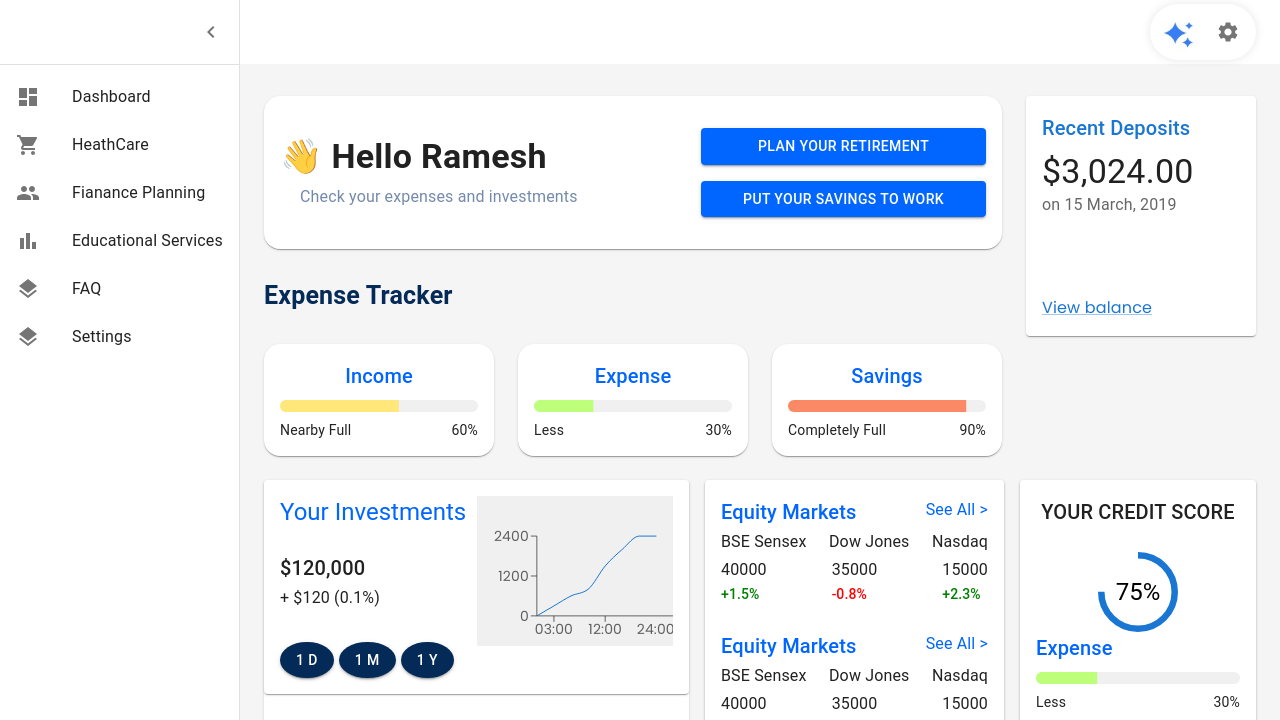
Repository: shubhampirate/TIAA_Retirement_hackathon
Page: /
These files come from the project's save history. The page is drawn as it stood at one moment and after the next save; the edit follows.
The browser window is 1280 px wide. The pictures show the whole page.
An inner scrolling area shows only its first screen. The project was rebuilt for these pictures with package versions that can differ from the ones it lists, and the page was loaded fresh each time. Also part of the build but not shown: src/Components/CustomButton.jsx, src/Components/Navbar.jsx, src/Components/Properties.jsx, src/Components/Footer.jsx, src/Components/Hero.jsx, src/pages/Sign_In.jsx.

Above is the page before, as saved 2023-11-15 13:14:26.

### src/index.css
@import url("https://fonts.googleapis.com/css2?family=Poppins:wght@400;500;700&display=swap");

* {
  margin: 0;
  padding: 0;
  box-sizing: border-box;
  font-family: "Poppins", sans-serif;
}

body {
  margin: 0;
  -webkit-font-smoothing: antialiased;
  -moz-osx-font-smoothing: grayscale;
}

code {
  font-family: source-code-pro, Menlo, Monaco, Consolas, "Courier New",
    monospace;
}

### src/App.jsx
import Hero from "./Components/Hero";
import SignIn from "./pages/Sign_In";
import Dashboard from "./Components/Dashboard";

function App() {
  return (
    <>
      {/* <Hero /> */}
      {/* <SignIn/> */}
      <Dashboard />
    </>
  );
}

export default App;

### src/Components/Dashboard.jsx
import * as React from 'react';
import { styled, createTheme, ThemeProvider } from '@mui/material/styles';
import CssBaseline from '@mui/material/CssBaseline';
import MuiDrawer from '@mui/material/Drawer';
import Box from '@mui/material/Box';
import MuiAppBar from '@mui/material/AppBar';
import Toolbar from '@mui/material/Toolbar';
import List from '@mui/material/List';
import Typography from '@mui/material/Typography';
import Divider from '@mui/material/Divider';
import IconButton from '@mui/material/IconButton';
// import Badge from '@mui/material/Badge';
import Container from '@mui/material/Container';
import Grid from '@mui/material/Grid';
import Paper from '@mui/material/Paper';
// import Link from '@mui/material/Link';
import MenuIcon from '@mui/icons-material/Menu';
import ChevronLeftIcon from '@mui/icons-material/ChevronLeft';
// import NotificationsIcon from '@mui/icons-material/Notifications';
import SettingsIcon from '@mui/icons-material/Settings';
import { mainListItems } from './listItems';
// import Chart from './Chart';
import Deposits from './Deposits';

import heroImg_3 from "../media/img_3.jpeg";
import Button from '@mui/material/Button';
import LinearProgress from '@mui/material/LinearProgress';
import YourComponent from './YourComponent';

  const Title = styled(Typography)(({ theme }) => ({
    fontSize: "25px",
    color: "#042A57",
    fontWeight: "bold",
    textAlign: "left",
    margin: theme.spacing(4, 0, 4, 0),
    [theme.breakpoints.down("sm")]: {
      fontSize: "30px",
    },
  }));
const drawerWidth = 240;

const AppBar = styled(MuiAppBar, {
  shouldForwardProp: (prop) => prop !== 'open',
})(({ theme, open }) => ({
  zIndex: theme.zIndex.drawer + 1,
  transition: theme.transitions.create(['width', 'margin'], {
    easing: theme.transitions.easing.sharp,
    duration: theme.transitions.duration.leavingScreen,
  }),
  ...(open && {
    marginLeft: drawerWidth,
    width: `calc(100% - ${drawerWidth}px)`,
    transition: theme.transitions.create(['width', 'margin'], {
      easing: theme.transitions.easing.sharp,
      duration: theme.transitions.duration.enteringScreen,
    }),
  }),
}));


const ProgressBarBox = ({ title, value }) => {
    let indicatorText = '';
    let color = '';

    if (value <= 30) {
      indicatorText = 'Less';
      color = '#BDFF7B';
    } else if (value <= 70) {
      indicatorText = 'Nearby Full';
      color = '#FFE779';
    } else {
      indicatorText = 'Completely Full';
      color = '#FC8965';
    }

    return (
      <Grid item xs={12} sm={6} md={4}>
        <Paper
          sx={{
            p: 2,
            display: 'flex',
            flexDirection: 'column',
            alignItems: 'center',
            borderRadius: '16px',
          }}
        >
          <Typography variant="h6" sx={{ mb: 1, color: "#0066FF" }}>
            {title}
          </Typography>
          <LinearProgress
          variant="determinate"
          value={value}
          sx={{
            width: '100%',
            height: '12px',
            borderRadius: '8px',
            backgroundColor: '#f0f0f0',
            marginBottom: '8px',
            '& .MuiLinearProgress-bar': {
              backgroundColor: color,
            },
          }}
        />

          <Box
          sx={{
            display: 'flex',
            justifyContent: 'space-between',
            width: '100%',

          }}
        >
          <Typography variant="body2">{indicatorText}</Typography>
          <Typography variant="body2">{value}%</Typography>
        </Box>
        </Paper>
      </Grid>
    );
  };
const Drawer = styled(MuiDrawer, { shouldForwardProp: (prop) => prop !== 'open' })(
  ({ theme, open }) => ({
    '& .MuiDrawer-paper': {
      position: 'relative',
      whiteSpace: 'nowrap',
      width: drawerWidth,
      transition: theme.transitions.create('width', {
        easing: theme.transitions.easing.sharp,
        duration: theme.transitions.duration.enteringScreen,
      }),
      boxSizing: 'border-box',
      ...(!open && {
        overflowX: 'hidden',
        transition: theme.transitions.create('width', {
          easing: theme.transitions.easing.sharp,
          duration: theme.transitions.duration.leavingScreen,
        }),
        width: theme.spacing(7),
        [theme.breakpoints.up('sm')]: {
          width: theme.spacing(9),
        },
      }),
    },
  }),
);

// TODO remove, this demo shouldn't need to reset the theme.
const defaultTheme = createTheme();

export default function Dashboard() {
  const [open, setOpen] = React.useState(true);
  const toggleDrawer = () => {
    setOpen(!open);
  };

  return (
    <ThemeProvider theme={defaultTheme}>
      <Box sx={{ display: 'flex' }}>
        <CssBaseline />
        <AppBar position="absolute" open={open} sx={{ backgroundColor: "#fff", boxShadow: 'none' }}>
  <Toolbar
    sx={{
      pr: '24px', // keep right padding when drawer closed
      display: 'flex',
      alignItems: 'center',
      justifyContent: 'space-between',
    }}
  >
    <Box sx={{ display: 'flex', alignItems: 'center' }}>
      <IconButton
        edge="start"
        aria-label="open drawer"
        onClick={toggleDrawer}
        sx={{
          marginRight: '36px',
          ...(open && { display: 'none' }),
        }}
      >
        <MenuIcon />
      </IconButton>

    </Box>

    <Box sx={{ display: 'flex', alignItems: 'center', boxShadow: '0px 0px 10px rgba(0, 0, 0, 0.1)', borderRadius: '40px', padding: '8px' }}>
  {/* User profile image */}
  <img
    src={heroImg_3}
    alt="User Profile"
    style={{ borderRadius: '50%', width: '40px', height: '40px', marginRight: '10px' }}
  />

  {/* Settings button */}
  <IconButton >

    <SettingsIcon />
  </IconButton>
</Box>
  </Toolbar>
</AppBar>

        <Drawer variant="permanent" open={open}>
          <Toolbar
            sx={{
              display: 'flex',
              alignItems: 'center',
              justifyContent: 'flex-end',
              px: [1],
            }}
          >
            <IconButton onClick={toggleDrawer}>
              <ChevronLeftIcon />
            </IconButton>
          </Toolbar>
          <Divider />
          <List component="nav">
            {mainListItems}
            {/* <Divider sx={{ my: 1 }} /> */}
            {/* {secondaryListItems} */}
          </List>
        </Drawer>
        <Box
          component="main"
          sx={{
            backgroundColor: (theme) =>
              theme.palette.mode === 'light'
                ? theme.palette.grey[100]
                : theme.palette.grey[900],
            flexGrow: 1,
            height: '100vh',
            overflow: 'auto',
          }}
        >
          <Toolbar />
          <Container maxWidth="lg" sx={{ mt: 4, mb: 4 }}>
            <Grid container spacing={3}>

            <Grid item xs={12} md={8} lg={9}>
  <Paper
    sx={{
      p: 2,
      display: 'flex',
      flexDirection: 'column',
      alignItems: 'center',
      borderRadius: '16px', // Adjust the value as needed for more or less curvature
    }}
  >
    {/* Left side content */}
    <Grid container spacing={2} alignItems="center">
      <Grid item xs={12} md={7 }>
        <Typography variant="h4" sx={{ mb: 1, fontWeight: 'bold'}}>
        👋  Hello Ramesh
        </Typography>
        <Typography variant="body1" sx={{color:"#748AAB", paddingLeft:"20px"}}>
          Check your expenses and investments
        </Typography>
      </Grid>

      {/* Right side content */}
      <Grid item xs={12} md={5} sx={{ display: 'flex', flexDirection: 'column', alignItems: 'center' }}>
        <Button variant="contained"  sx={{ width: '100%', backgroundColor: '#0066FF', color: '#fff', mb: { xs: 1, md: 2 } ,mt:{xs:0, md:2}  }}>
        Plan your retirement
        </Button>
        <Button variant="contained"  sx={{ width: '100%', backgroundColor: '#0066FF', color: '#fff', mb:{xs:1, md:2} }}>
        Put your savings to work
        </Button>
      </Grid>
    </Grid>
  </Paper>
  <Title variant="h4" sx={{color: "#042A57"}}>
             Expense Tracker
            </Title>
            <Grid container spacing={3}>
      <ProgressBarBox title="Income" value={60} />
      <ProgressBarBox title="Expense" value={30} />
      <ProgressBarBox title="Savings" value={90} />
    </Grid>
</Grid>


               {/* Recent Deposits */}
              <Grid item xs={12} md={4} lg={3}>
                <Paper
                  sx={{
                    p: 2,
                    display: 'flex',
                    flexDirection: 'column',
                    height: 240,
                  }}
                >
                  <Deposits />
                </Paper>
              </Grid>
              {/* Recent Orders */}
              <Grid item xs={12}>
                {/* <Paper sx={{ p: 2, display: 'flex', flexDirection: 'column' }}> */}
                  <YourComponent />
                {/* </Paper> */}
              </Grid>
            </Grid>

          </Container>
        </Box>
      </Box>
    </ThemeProvider>
  );
}

### src/Components/listItems.jsx
import * as React from 'react';
import ListItemButton from '@mui/material/ListItemButton';
import ListItemIcon from '@mui/material/ListItemIcon';
import ListItemText from '@mui/material/ListItemText';
import ListSubheader from '@mui/material/ListSubheader';
import DashboardIcon from '@mui/icons-material/Dashboard';
import ShoppingCartIcon from '@mui/icons-material/ShoppingCart';
import PeopleIcon from '@mui/icons-material/People';
import BarChartIcon from '@mui/icons-material/BarChart';
import LayersIcon from '@mui/icons-material/Layers';
import AssignmentIcon from '@mui/icons-material/Assignment';

export const mainListItems = (
  <React.Fragment>
    <ListItemButton>
      <ListItemIcon>
        <DashboardIcon />
      </ListItemIcon>
      <ListItemText primary="Dashboard" />
    </ListItemButton>
    <ListItemButton>
      <ListItemIcon>
        <ShoppingCartIcon />
      </ListItemIcon>
      <ListItemText primary="HeathCare" />
    </ListItemButton>
    <ListItemButton>
      <ListItemIcon>
        <PeopleIcon />
      </ListItemIcon>
      <ListItemText primary="Fianance Planning" />
    </ListItemButton>
    <ListItemButton>
      <ListItemIcon>
        <BarChartIcon />
      </ListItemIcon>
      <ListItemText primary="Educational Services" />
    </ListItemButton>
    <ListItemButton>
      <ListItemIcon>
        <LayersIcon />
      </ListItemIcon>
      <ListItemText primary="FAQ" />
    </ListItemButton>
    <ListItemButton>
      <ListItemIcon>
        <LayersIcon />
      </ListItemIcon>
      <ListItemText primary="Settings" />
    </ListItemButton>
  </React.Fragment>
);

// export const secondaryListItems = (
//   <React.Fragment>
//     <ListSubheader component="div" inset>
//       Saved reports
//     </ListSubheader>
//     <ListItemButton>
//       <ListItemIcon>
//         <AssignmentIcon />
//       </ListItemIcon>
//       <ListItemText primary="Current month" />
//     </ListItemButton>
//     <ListItemButton>
//       <ListItemIcon>
//         <AssignmentIcon />
//       </ListItemIcon>
//       <ListItemText primary="Last quarter" />
//     </ListItemButton>
//     <ListItemButton>
//       <ListItemIcon>
//         <AssignmentIcon />
//       </ListItemIcon>
//       <ListItemText primary="Year-end sale" />
//     </ListItemButton>
//   </React.Fragment>
// );

### src/Components/YourComponent.jsx
import React from 'react';
import { Box,Grid, Paper, Typography, CircularProgress, LinearProgress, Button } from '@mui/material';
import Chart from './Chart';
// import ArrowForwardIcon from '@mui/icons-material/ArrowForward';



const InvestmentsBox = () => (
  <Paper sx={{ p: 2, display: 'flex', flexDirection: 'column', alignItems: 'center' }}>
    <div style={{ display: 'flex', justifyContent: 'space-between', width: '100%' }}>
      <div style={{ textAlign: 'left' }}>
        <Typography variant="h5" sx={{color: '#0066FF' }}>Your Investments</Typography>
        <Typography variant="h6" sx={{mt:3}}>$120,000</Typography>
        <Typography variant="subtitle1">+ $120 (0.1%)</Typography>
        {/* Options to choose from */}
        <div style={{ display: 'flex', marginTop: '30px' }}>
          <Button
            variant="contained"
            style={{
              backgroundColor: '#042A57',
              color: '#FFF',
              borderRadius: '70%',
              minWidth: 'unset',
              marginRight: '5px',
            }}
          >
            1 D
          </Button>
          <Button
            variant="contained"
            style={{
              backgroundColor: '#042A57',
              color: '#FFF',
              borderRadius: '50%',
              minWidth: 'unset',
              marginRight: '5px',
            }}
          >
            1 M
          </Button>
          <Button
            variant="contained"
            style={{
              backgroundColor: '#042A57',
              color: '#FFF',
              borderRadius: '50%',
              minWidth: 'unset',
            }}
          >
            1 Y
          </Button>
        </div>
      </div>
      {/* Chart (replace with your actual chart component) */}
      <div style={{ width: '50%', height: '150px', backgroundColor: '#f0f0f0' }}>
        {/* Replace this div with your actual chart component */}
        <div style={{ width: '100%', height: '100%', display: 'flex', justifyContent: 'center', alignItems: 'center' }}>
          <Chart />
        </div>
      </div>
    </div>
  </Paper>
);


const EquityMarketsBox = () => {
  // Mock data for market values
  const marketData = [
    { name: 'BSE Sensex', currentPrice: 40000, increasePercentage: 1.5 },
    { name: 'Dow Jones', currentPrice: 35000, increasePercentage: -0.8 },
    { name: 'Nasdaq', currentPrice: 15000, increasePercentage: 2.3 },
  ];

  return (
    <Paper sx={{ p: 2, display: 'flex', flexDirection: 'column' }}>
  <Typography variant="h6" style={{ display: 'flex', justifyContent: 'space-between', color: '#0066FF' }}>
        Equity Markets
        <Typography variant="subtitle1" style={{ cursor: 'pointer' }}>
          See All &gt;
        </Typography>
      </Typography>
    {/* Display market names in the first line */}
    <div style={{ display: 'flex', justifyContent: 'space-between' }}>
      {marketData.map((market) => (
        <Typography key={market.name} variant="subtitle1">{market.name}</Typography>
      ))}
    </div>
    {/* Display market values in the second line */}
    <div style={{ display: 'flex', justifyContent: 'space-between' }}>
      {marketData.map((market) => (
        <div key={market.name}>
          <Typography variant="subtitle1">{market.currentPrice}</Typography>
          <Typography variant="subtitle2" style={{ color: market.increasePercentage >= 0 ? 'green' : 'red' }}>
            {market.increasePercentage >= 0 ? '+' : ''}{market.increasePercentage}%
          </Typography>
        </div>
      ))}
    </div>
 <br />
  <Typography variant="h6" style={{ display: 'flex', justifyContent: 'space-between', color: '#0066FF' }}>
        Equity Markets
        <Typography variant="subtitle1" style={{ cursor: 'pointer' }}>
          See All &gt;
        </Typography>
      </Typography>
    {/* Display market names in the first line */}
    <div style={{ display: 'flex', justifyContent: 'space-between' }}>
      {marketData.map((market) => (
        <Typography key={market.name} variant="subtitle1">{market.name}</Typography>
      ))}
    </div>
    {/* Display market values in the second line */}
    <div style={{ display: 'flex', justifyContent: 'space-between' }}>
      {marketData.map((market) => (
        <div key={market.name}>
          <Typography variant="subtitle1">{market.currentPrice}</Typography>
          <Typography variant="subtitle2" style={{ color: market.increasePercentage >= 0 ? 'green' : 'red' }}>
            {market.increasePercentage >= 0 ? '+' : ''}{market.increasePercentage}%
          </Typography>
        </div>
      ))}
    </div>

  </Paper>
);
};



// Component for the third box
  // Component for the first box
const ProgressBarBox = ({ title, value }) => {
    let indicatorText = '';
    let color = '';

    if (value <= 30) {
      indicatorText = 'Less';
      color = '#BDFF7B';
    } else if (value <= 70) {
      indicatorText = 'Nearby Full';
      color = '#FFE779';
    } else {
      indicatorText = 'Completely Full';
      color = '#FC8965';
    }

    return (
      <Grid container>
        <Typography variant="h6" sx={{ mb: 1, color: "#0066FF" }}>
          {title}
        </Typography>
        <LinearProgress
          variant="determinate"
          value={value}
          sx={{
            width: '100%',
            height: '12px',
            borderRadius: '8px',
            backgroundColor: '#f0f0f0',
            marginBottom: '8px',
            '& .MuiLinearProgress-bar': {
              backgroundColor: color,
            },
          }}
        />
        <Box
          sx={{
            display: 'flex',
            justifyContent: 'space-between',
            width: '100%',
          }}
        >
          <Typography variant="body2">{indicatorText}</Typography>
          <Typography variant="body2">{value}%</Typography>
        </Box>
      </Grid>
    );
  };

  // Component for the third box
  const CreditScoreBox = () => (
    <Paper sx={{ p: 2, display: 'flex', flexDirection: 'column', alignItems: 'center', position: 'relative' }}>
      <Typography variant="h6">YOUR CREDIT SCORE</Typography>
      <br />
      {/* Circular Progress Bar */}
      <div style={{ position: 'relative', width: '80px', height: '80px' }}>
        <CircularProgress variant="determinate" value={75} size={80} />
        {/* Display the percentage in the center of the circular progress bar */}
        <Typography
          variant="h5"
          style={{
            position: 'absolute',
            top: '50%',
            left: '50%',
            transform: 'translate(-50%, -50%)',
            color: '#000', // Adjust text color as needed
          }}
        >
          75%
        </Typography>
      </div>
      {/* Include ProgressBarBox with the entire width */}
      <ProgressBarBox title="Expense" value={30} />
    </Paper>
  );

// Main component
const YourComponent = () => (
  <Grid container spacing={2} >
  <Grid item xs={12} md={9}>
    <Grid container spacing={2} style={{ height: '100%' }}>
      <Grid item xs={12} md={8} lg={7}>
        <Paper sx={{ minHeight: '100%' }}>
          <InvestmentsBox />
        </Paper>
      </Grid>
      <Grid item xs={12} md={4} lg={5}>
        <Paper sx={{ minHeight: '100%' }}>
          <EquityMarketsBox />
        </Paper>
      </Grid>
    </Grid>
  </Grid>
  <Grid item xs={12} md={3}>
    <Paper sx={{ minHeight: '100%' }}>
      <CreditScoreBox />
    </Paper>
  </Grid>
</Grid>
);

export default YourComponent;

### src/Components/Chart.jsx
import * as React from 'react';
import { useTheme } from '@mui/material/styles';
import { LineChart, Line, XAxis, YAxis, Label, ResponsiveContainer } from 'recharts';
import Title from './Title';

// Generate Sales Data
function createData(time, amount) {
  return { time, amount };
}

const data = [
  createData('00:00', 0),
  createData('03:00', 300),
  createData('06:00', 600),
  createData('09:00', 800),
  createData('12:00', 1500),
  createData('15:00', 2000),
  createData('18:00', 2400),
  createData('21:00', 2400),
  createData('24:00', undefined),
];

export default function Chart() {
  const theme = useTheme();

  return (
    <React.Fragment>
      {/* <Title>Today</Title> */}
      <ResponsiveContainer>
        <LineChart
          data={data}
          margin={{
            top: 40,
            right: 0,
            bottom: 0,
            left: 0,
          }}
          backgroundColor="white"

        >
          <XAxis
            dataKey="time"
            stroke={theme.palette.text.secondary}
            style={theme.typography.body2}
          />
          <YAxis
            stroke={theme.palette.text.secondary}
            style={theme.typography.body2}
          >
            {/* <Label
              angle={270}
              position="left"
              style={{
                textAnchor: 'middle',
                fill: theme.palette.text.primary,
                ...theme.typography.body1,
              }}
            >
              Sales ($)
            </Label> */}
          </YAxis>
          <Line
            isAnimationActive={false}
            type="monotone"
            dataKey="amount"
            stroke={theme.palette.primary.main}
            dot={false}
          />
        </LineChart>
      </ResponsiveContainer>
    </React.Fragment>
  );
}

Loaded but not shown: public/index.html (common file); src/index.js (common file); src/Components/Deposits.jsx (common file); src/Components/Title.jsx (common file)

After the next save:
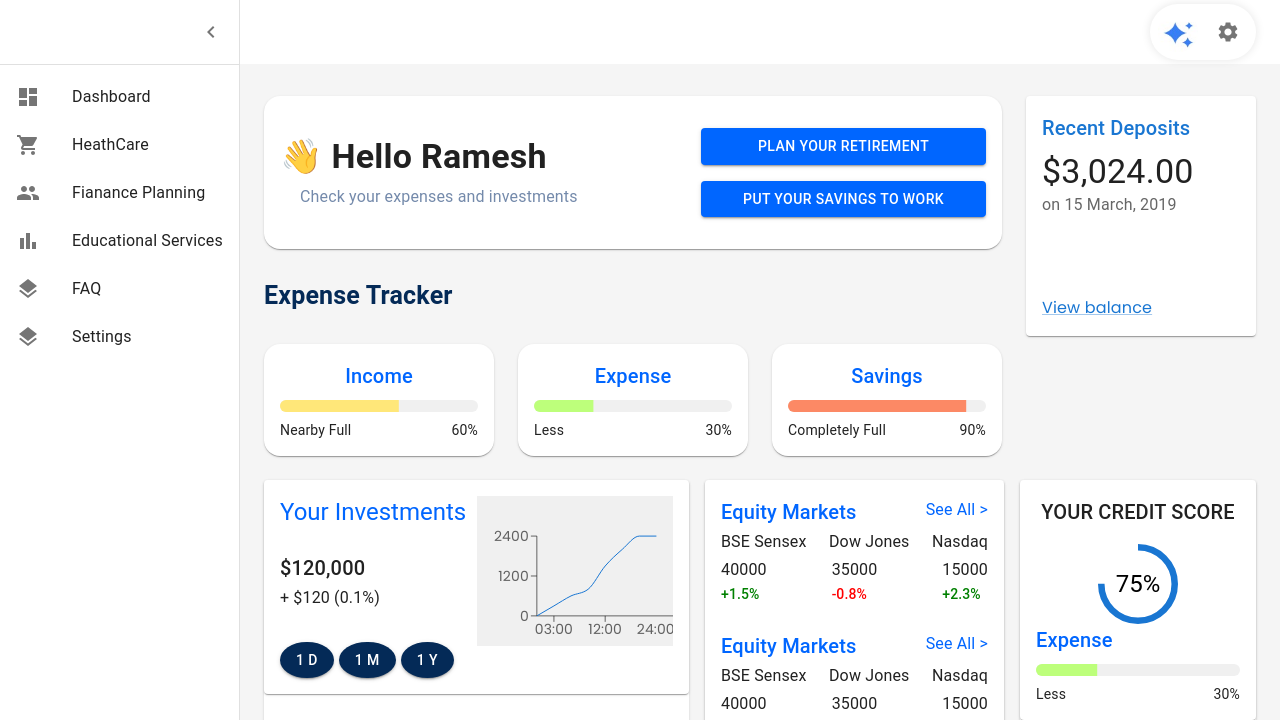
Saved 2 min 12 s later.
--- a/src/Components/YourComponent.jsx
+++ b/src/Components/YourComponent.jsx
@@ -180,8 +180,8 @@ const ProgressBarBox = ({ title, value }) => {
   // Component for the third box
   const CreditScoreBox = () => (
     <Paper sx={{ p: 2, display: 'flex', flexDirection: 'column', alignItems: 'center', position: 'relative' }}>
-      <Typography variant="h6">YOUR CREDIT SCORE</Typography>
-      <br />
+      <Typography variant="h6" sx={{mb:{xs:0, md:2}}}>YOUR CREDIT SCORE</Typography>
+      {/* <br /> */}
       {/* Circular Progress Bar */}
       <div style={{ position: 'relative', width: '80px', height: '80px' }}>
         <CircularProgress variant="determinate" value={75} size={80} />
